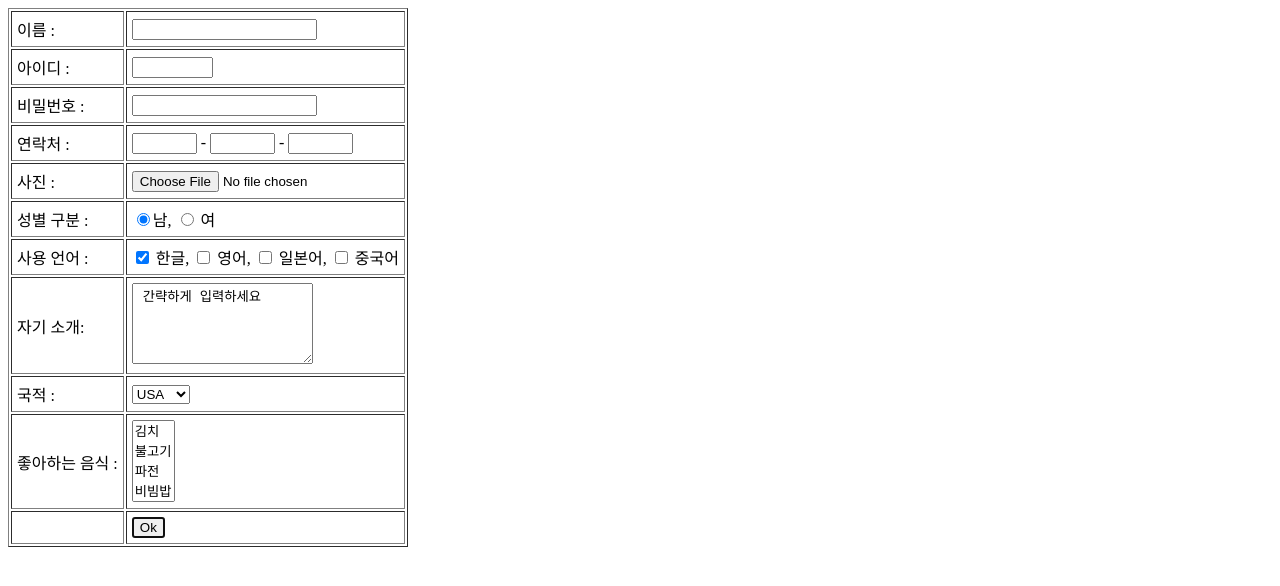
Repository: bjKim2/JSP
Page: HTML/src/main/webapp/Ex03.html
The author's editor kept a copy of each file at every save. The page is drawn from the files as they stood at one save, then again after the next save.
The browser window is 1280 px wide. The pictures show the whole page.

Above is the page before, as saved 2022-03-15 05:48:45.

### HTML/src/main/webapp/Ex03.html
<!DOCTYPE html>
<html>
<head>
<meta charset="UTF-8">
<title>Insert title here</title>
</head>
<body>
	<form action = '#' method='get'>
		<table border = '1' cellpadding = '5'>
			<tr>
				<td>
					이름 :
				</td>
				<td>
					<input type="text" name = "userName"  >
				</td>
			</tr>
			<tr>
				<td>
					아이디 :
				</td>
				<td>
					 <input type="text" name = "userId"  size = '7'>
				</td>
			</tr>
			<tr>
				<td>
					비밀번호 :
				</td>
				<td>
					<input type="password" name="userPassword">
				</td>
			</tr>
			<tr>
				<td>
					연락처 :
				</td>
				<td>
					<input type="text" name = "phone1_1"  size = "5"> -
					<input type="text" name = "phone1_2"  size = "5"> -
					<input type="text" name = "phone1_3"  size = "5">
				</td>
			</tr>
			<tr>
				<td>
					사진 :
				</td>
				<td>
					<input type="file" name = "picture"> <br>
				</td>
			</tr>
			<tr>
				<td>
					성별 구분 :
				</td>
				<td>
					<input type="radio" name = "gender" value = "man" checked = "checked">남,
					<input type="radio" name="gender" value="woman"> 여
				</td>
			</tr>
			<tr>
				<td>
					사용 언어 :
				</td>
				<td>
					<input type="checkbox" name="lang" value="kor" checked="checked"> 한글,
					<input type="checkbox" name="lang" value="eng" > 영어,
					<input type="checkbox" name="lang" value="jpn" > 일본어,
					<input type="checkbox" name="lang" value="chn" > 중국어
				</td>
			</tr>
			<tr>
				<td>
					자기 소개:
				</td>
				<td>
					<textarea rows="5" cols="20" name="introduce"> 간략하게 입력하세요 </textarea>
				</td>
			</tr>
			<tr>
				<td>
					<!-- 데이터베이스는 varchar 말고 text 타입은 무한정 문자가 들어올수있다.  -->
					국적 :
				</td>
				<td>
					<select name="nationality">
						<option> Korea</option>
						<option selected="selected"> USA</option>
						<option> JP</option>
						<option> CH</option>
					</select>
				</td>
			</tr>
			<tr>
				<td>
					좋아하는 음식 :
				</td>
				<td>
					<select name="food" multiple="multiple">
						<option>김치</option>
						<option>불고기</option>
						<option>파전</option>
						<option>비빔밥</option>
						<option>냉면</option>
						<option>순대</option>

					</select><br>
				</td>
			</tr>
			<tr>
				<td>
				</td>
				<td>
					<input size = '40' type="submit" name = "okBtn" value = "Ok" autofocus>
				</td>

		</table>
	</form>
</body>

</body>
</html>

After the next save:
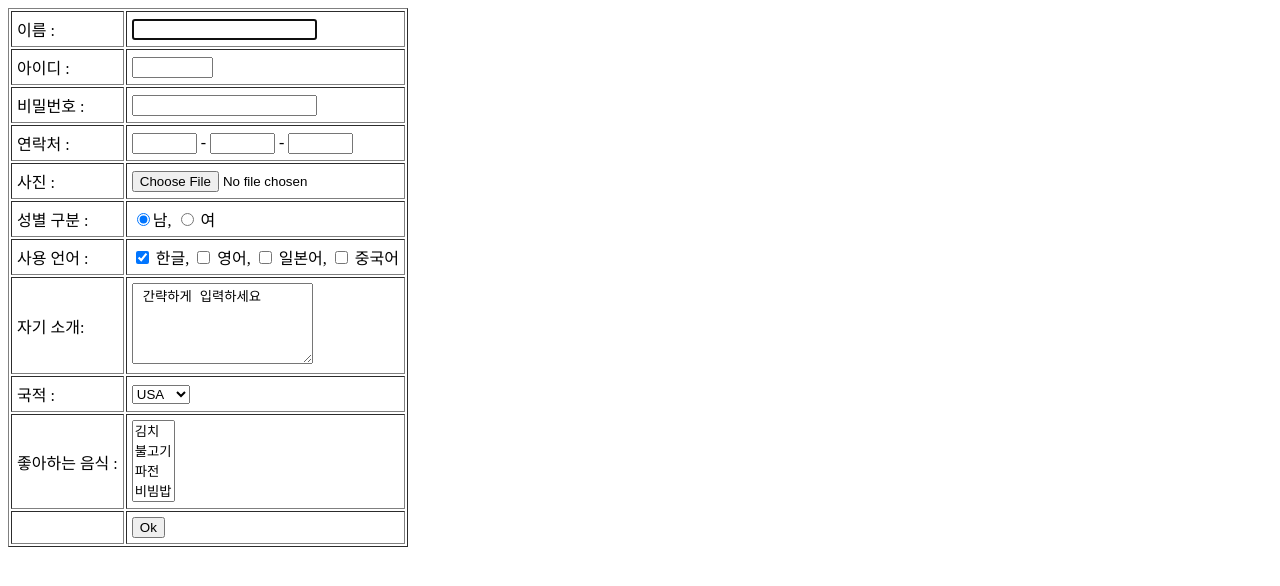
Saved 51 s later.
--- a/HTML/src/main/webapp/Ex03.html
+++ b/HTML/src/main/webapp/Ex03.html
@@ -12,7 +12,7 @@
 					이름 :
 				</td>
 				<td>
-					<input type="text" name = "userName"  >
+					<input type="text" name = "userName" autofocus>
 				</td>
 			</tr>
 			<tr>
@@ -20,7 +20,7 @@
 					아이디 :
 				</td>
 				<td>
-					 <input type="text" name = "userId"  size = '7'>
+					 <input type="text" name = "userId"  size = '7' autofocus="autofocus">
 				</td>
 			</tr>
 			<tr>
@@ -28,7 +28,7 @@
 					비밀번호 :
 				</td>
 				<td>
-					<input type="password" name="userPassword">
+					<input type="password" name="userPassword" >
 				</td>
 			</tr>
 			<tr>
